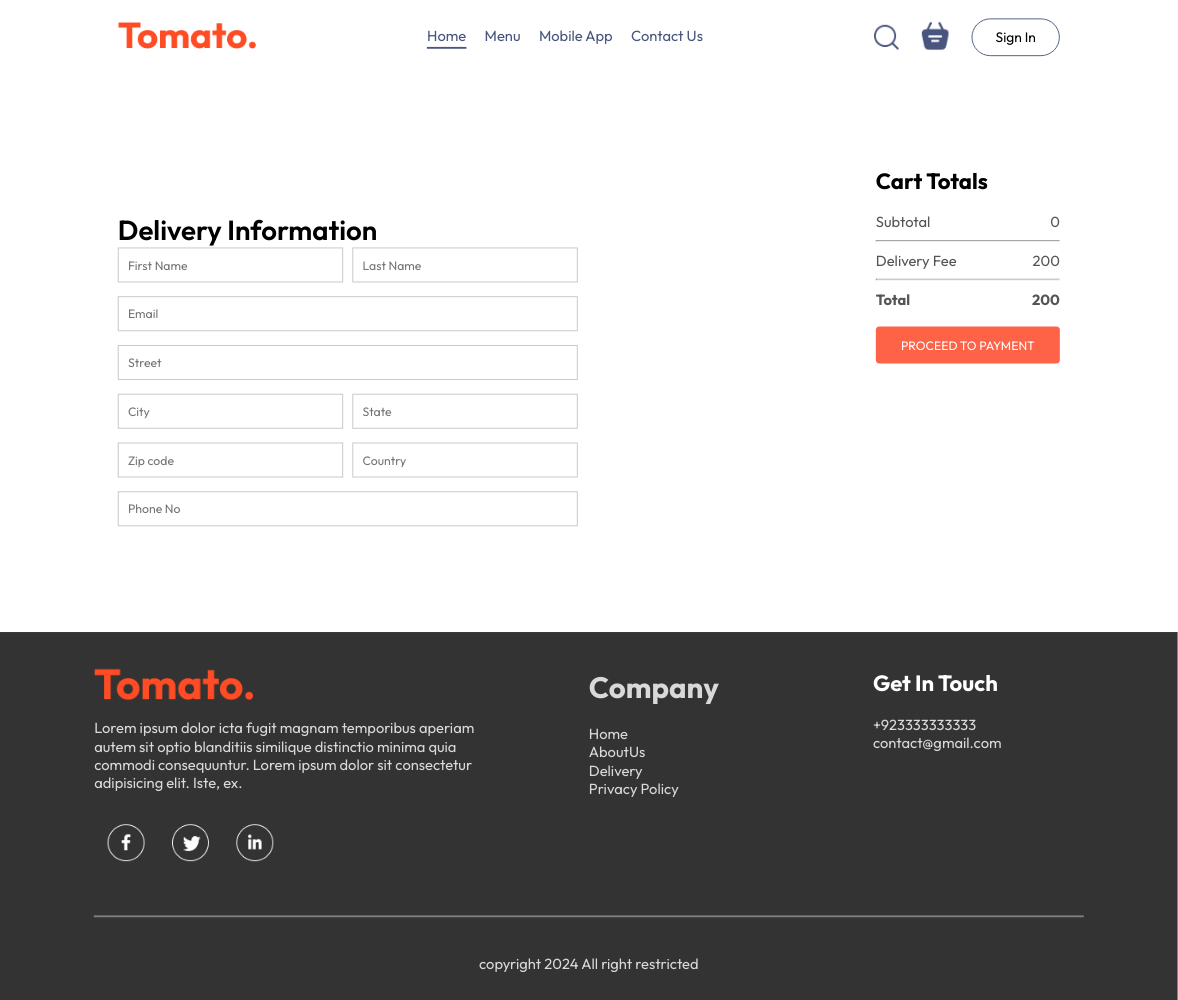
Repository: Attar786/Food-ordering-app
Page: /order (app in frontend/)
An editor plug-in stored every save of this project. The page is shown before and after the next save, followed by the edit.
The browser window is 1280 px wide. The pictures show the whole page, at 92% of full size.
The project was rebuilt for these pictures with package versions that can differ from the ones it lists, and the page was loaded fresh each time. Also part of the build but not shown: frontend/vite.config.js, frontend/src/components/Header/Header.css, frontend/src/components/Header/Header.jsx, frontend/src/components/ExploreMenu/ExploreMenu.css, frontend/src/components/ExploreMenu/ExploreMenu.jsx, frontend/src/components/FoodDisplay/FoodDisplay.css, frontend/src/components/FoodItem/FoodItem.css, frontend/src/components/FoodItem/FoodItem.jsx and 7 more.

Above is the page before, as saved 2024-07-30 20:48:04.

After the next save:
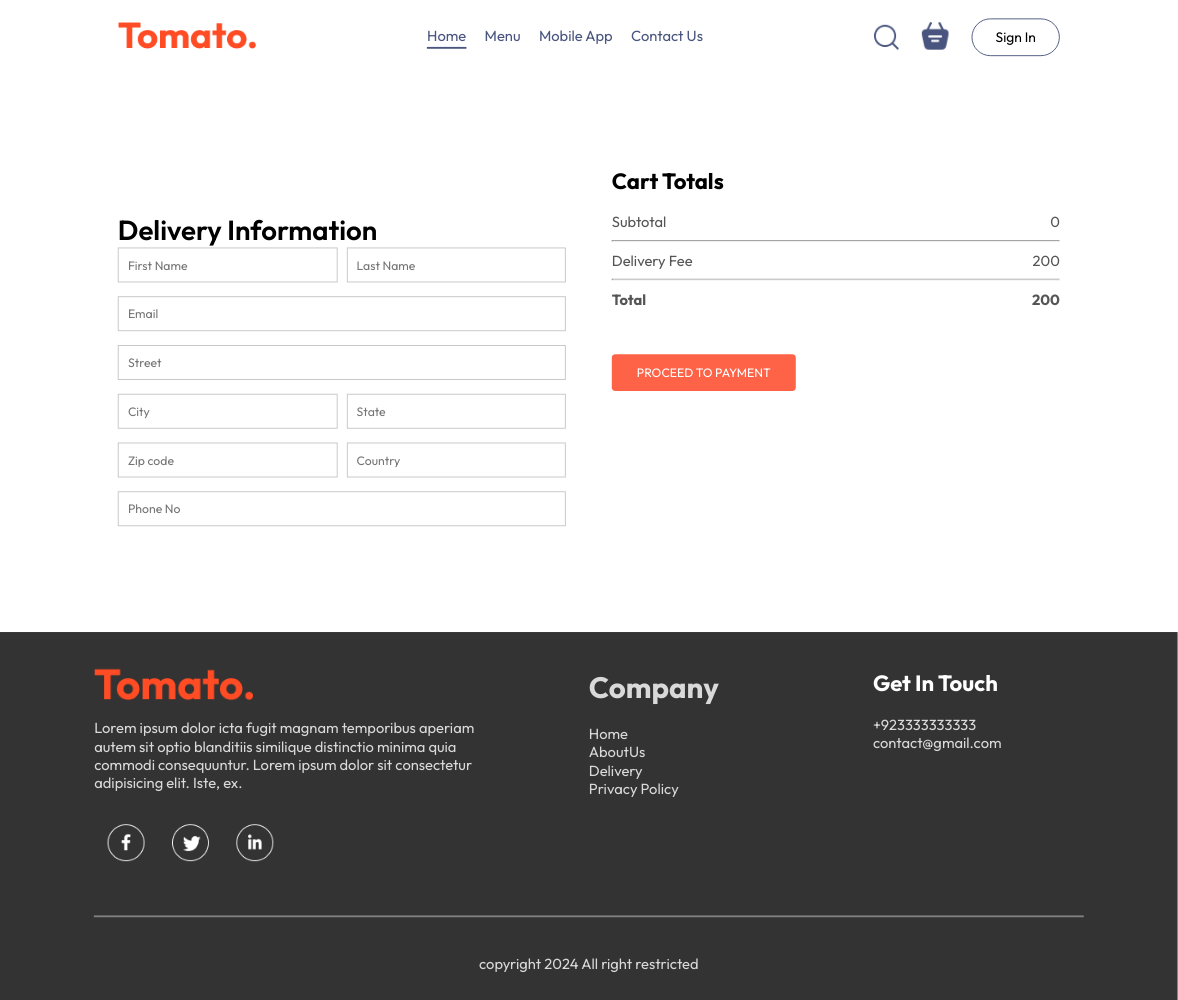
Saved 2 min 7 s later.
--- a/frontend/src/pages/PlaceOrder/PlaceOrder.css
+++ b/frontend/src/pages/PlaceOrder/PlaceOrder.css
@@ -28,3 +28,10 @@
     display: flex;
     gap: 10px;
 }
+.place-order-right{
+    width: 100%;
+    max-width: max(40%, 500px);
+}
+.place-order .cart-total button{
+    margin-top: 30px;
+}
